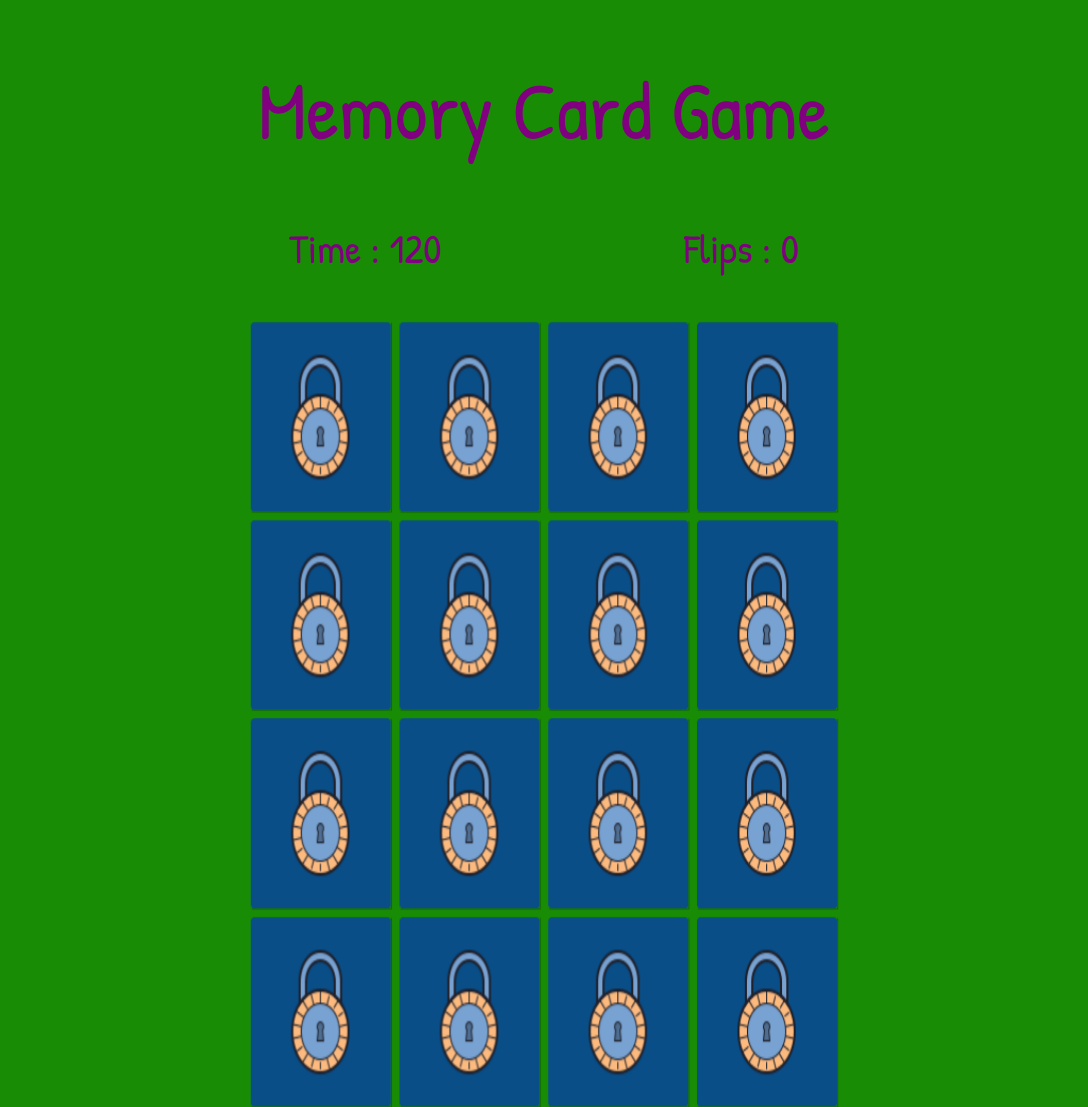
Repository: claudiadanaila1/Project-2--Interactive-FrontEnd---Memory-game
Page: index.html
The author's editor kept a record of every edit. The page is drawn from the files as they stood at one moment, then again after the next edit.
The browser window is 1280 px wide. The pictures show the whole page, at 85% of full size.

Above is the page before.

### index.html
<!DOCTYPE html>
<html lang="en">
<head>
    <meta charset="UTF-8">
    <meta name="viewport" content="width=device-width, initial-scale=1.0">
    <meta http-equiv="X-UA-Compatible" content="ie=edge">
    <link rel="stylesheet" href="css/style.css" type="text/css" />
    <title>Memory Card Game</title>
</head>
<body>
    <h1 class="title">Memory Card Game</h1>

    <div class="game-info-container">
      <div class="game-info">
        Time : <span id="time-remaining">120</span>
      </div>
      <div class="game-info">
        Flips : <span id="flips">0</span>
      </div>
    </div>

  <section class="memory-game">
      <div class="memory-card">
          <img class="card-front" src="assets/images/jelly1.jpg" alt="jelly-fish"/>
          <img class="card-back"  src="assets/images/icon8-lock.png" alt="lock" />
      </div>
      <div class="memory-card">
          <img class="card-front" src="assets/images/jelly1.jpg" alt="jelly-fish"/>
          <img class="card-back"  src="assets/images/icon8-lock.png" alt="lock" />
      </div>
      <div class="memory-card">
          <img class="card-front" src="assets/images/jelly2.jpg" alt="jelly-fish"/>
          <img class="card-back"  src="assets/images/icon8-lock.png" alt="lock" />
      </div>
      <div class="memory-card">
          <img class="card-front" src="assets/images/jelly2.jpg" alt="jelly-fish"/>
          <img class="card-back"  src="assets/images/icon8-lock.png" alt="lock" />
      </div>
      <div class="memory-card">
          <img class="card-front" src="assets/images/jelly3.jpg" alt="jelly-fish"/>
          <img class="card-back"  src="assets/images/icon8-lock.png" alt="lock" />
      </div>
      <div class="memory-card">
          <img class="card-front" src="assets/images/jelly3.jpg" alt="jelly-fish"/>
          <img class="card-back"  src="assets/images/icon8-lock.png" alt="lock" />
      </div>
      <div class="memory-card">
          <img class="card-front" src="assets/images/jelly4.jpg" alt="jelly-fish"/>
          <img class="card-back"  src="assets/images/icon8-lock.png" alt="lock" />
      </div>
      <div class="memory-card">
          <img class="card-front" src="assets/images/jelly4.jpg" alt="jelly-fish"/>
          <img class="card-back"  src="assets/images/icon8-lock.png" alt="lock" />
      </div>
      <div class="memory-card">
          <img class="card-front" src="assets/images/jelly5.jpg" alt="jelly-fish"/>
          <img class="card-back"  src="assets/images/icon8-lock.png" alt="lock" />
      </div>
      <div class="memory-card">
          <img class="card-front" src="assets/images/jelly5.jpg" alt="jelly-fish"/>
          <img class="card-back"  src="assets/images/icon8-lock.png" alt="lock" />
      </div>
      <div class="memory-card">
          <img class="card-front" src="assets/images/jelly6.jpg" alt="jelly-fish"/>
          <img class="card-back"  src="assets/images/icon8-lock.png" alt="lock" />
      </div>
      <div class="memory-card">
          <img class="card-front" src="assets/images/jelly6.jpg" alt="jelly-fish"/>
          <img class="card-back"  src="assets/images/icon8-lock.png" alt="lock" />
      </div>
      <div class="memory-card">
          <img class="card-front" src="assets/images/jelly7.jpg" alt="jelly-fish"/>
          <img class="card-back"  src="assets/images/icon8-lock.png" alt="lock" />
      </div>
       <div class="memory-card">
          <img class="card-front" src="assets/images/jelly7.jpg" alt="jelly-fish"/>
          <img class="card-back"  src="assets/images/icon8-lock.png" alt="lock" />
      </div>
      <div class="memory-card">
          <img class="card-front" src="assets/images/jelly8.jpg" alt="jelly-fish"/>
          <img class="card-back"  src="assets/images/icon8-lock.png" alt="lock" />
      </div>
      <div class="memory-card">
          <img class="card-front" src="assets/images/jelly8.jpg" alt="jelly-fish"/>
          <img class="card-back"  src="assets/images/icon8-lock.png" alt="lock" />
      </div>

  </section>

</body>
</html>

### css/style.css
@import url('https://fonts.googleapis.com/css?family=Patrick+Hand&display=swap');


* {
    box-sizing: border-box;
}

html {
   height: 100vh;
    display: flex;
    background-color:#198c06;
}

body{
    margin:auto;
    justify-content:center;
}

.title {
    font-family:"Patrick Hand", sans-serif;
    font-size: 6em;
    text-align: center;
    font-weight: normal;
    color:purple;
}

.game-info-container {
    grid-column: 1/-1;
    justify-content: space-between;
    display: flex;
    margin:50px;
}

.game-info {
    font-family: "Patrick Hand", sans-serif;
    font-size:3em;
    color:purple;
}

.memory-game {
    height:700px;
    width:700px;
    margin:auto;
    display:flex;
    flex-wrap: wrap;
    perspective:1000px;
}

.memory-card {
  width: calc(25% - 10px);
  height: calc(33.333% - 10px);
  margin: 5px;
  position: relative;
  transform: scale(1);
  transform-style: preserve-3d;
  transition: transform .5s;
  box-shadow: 1px 1px 1px rgba(0,0,0,.3);
}

.memory-card:active {
  transform: scale(0.96);
  transition: transform .3s;
}

.memory-card.flip {
  transform: rotateY(180deg);
}

.card-front,
.card-back {
  width: 100%;
  height: 100%;
  padding: 20px;
  position: absolute;
  border-radius: 5px;
  background: #0a4e88;
  backface-visibility: hidden;
}

.card-front {
  transform: rotateY(180deg);
}

After the next edit:
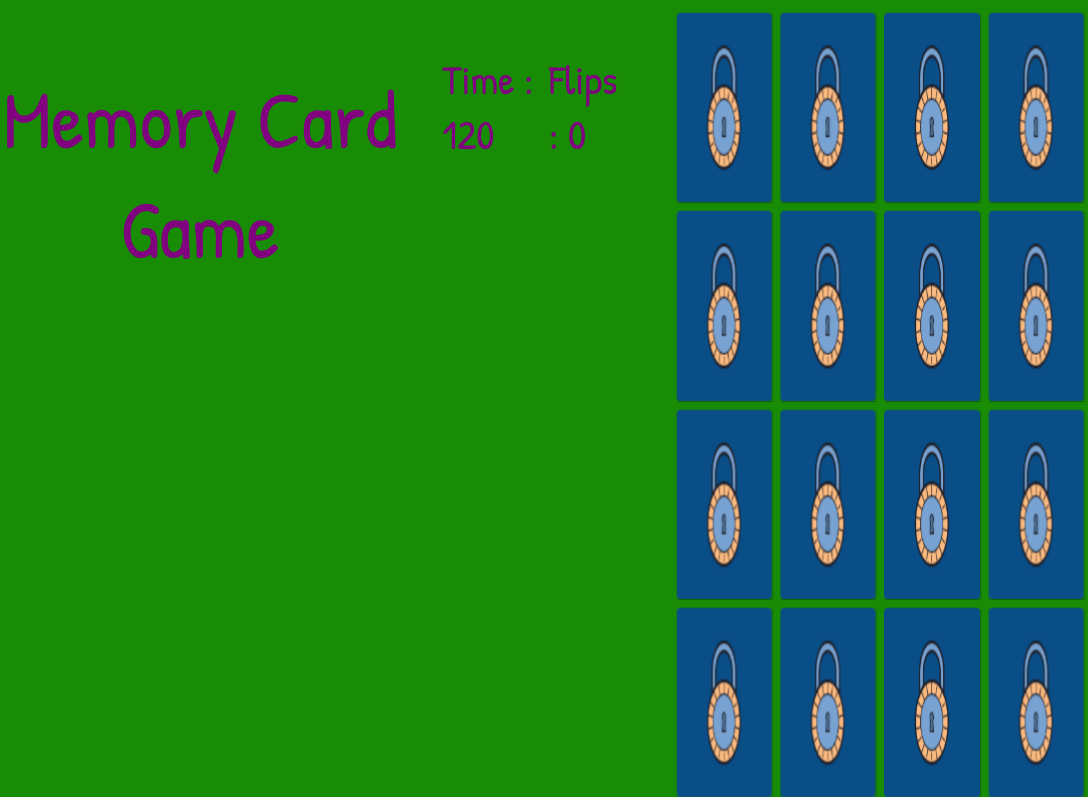
The edit:
--- a/css/style.css
+++ b/css/style.css
@@ -14,6 +14,8 @@
 body{
     margin:auto;
     justify-content:center;
+    display: flex;
+    background-color:#198c06;
 }
 
 .title {
